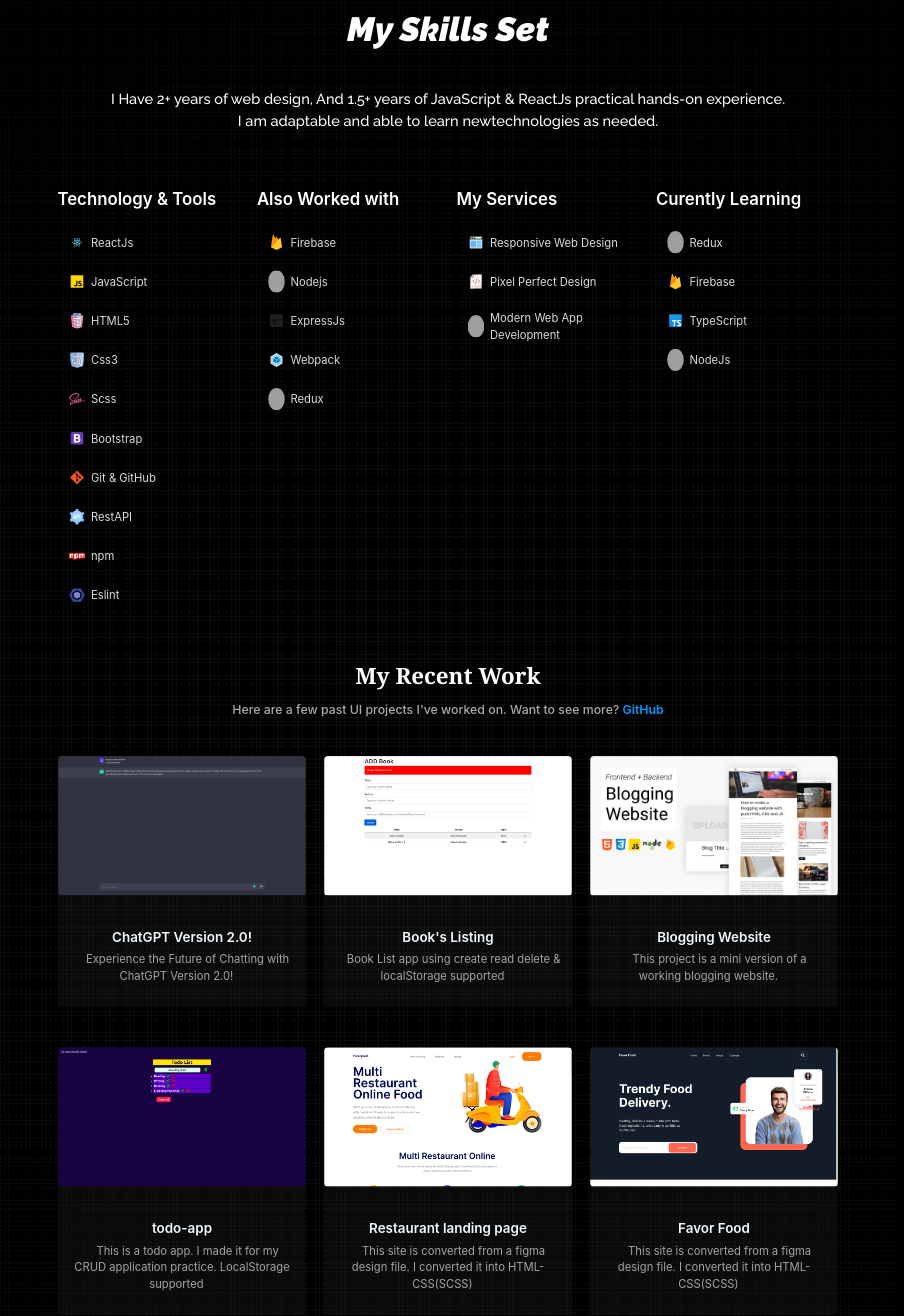
Repository: badhon252/my-portfolio
Page: /
These files come from the project's save history. The page is drawn as it stood at one moment and after the next save; the edit follows.
The browser window is 1280 px wide. The page is 1280 px wide, then 1292 px, then 1280 px, so the pictures cover 1292 px, including what lies to the right of the window. The pictures show the part of the page from y = 723 to 2603 px (the page is 3710 px tall), at 70% of full size.
Pictures or frames that could not be fetched are drawn as grey boxes. Some web fonts or font styles are not loaded; a fallback is used. The project was rebuilt for these pictures with package versions that can differ from the ones it lists, and the page was loaded fresh each time.

Above is the page before, as saved 2023-02-14 17:58:18.

After the next save:
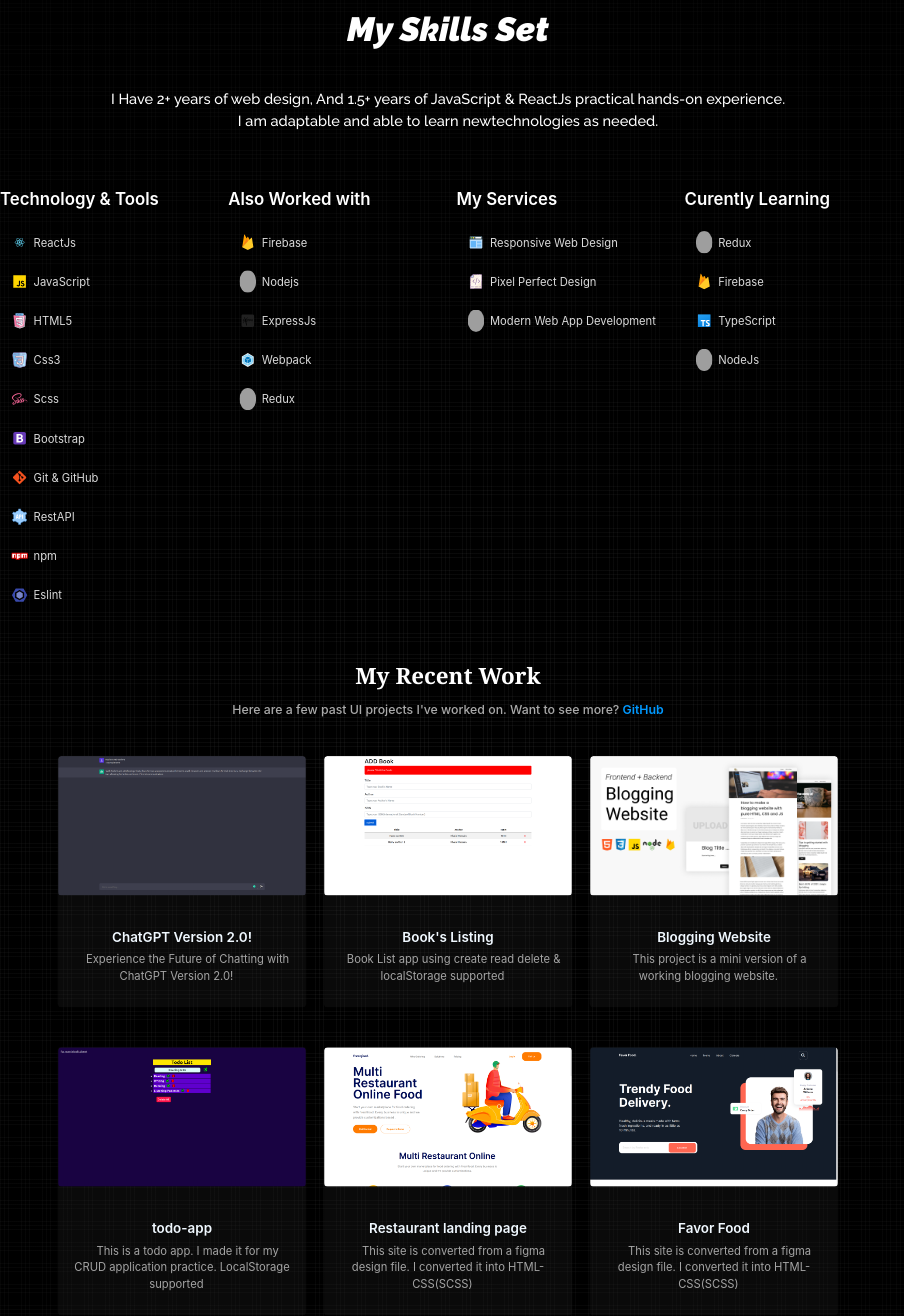
Saved 42 s later.
--- a/src/Components/Home/Skill/Skill.jsx
+++ b/src/Components/Home/Skill/Skill.jsx
@@ -2,7 +2,8 @@
 import SkillSet from "./SkillSet";
 const SkillEfficiency = () => {
     return (
-       <section id="skill" className="container">
+       <section id="skill" >
+        <div className="container"></div>
         <div className="d-flex justify-content-center">
                 <h1 className="skillSet__title"> My Skills Set </h1>
         </div>

After the save that followed:
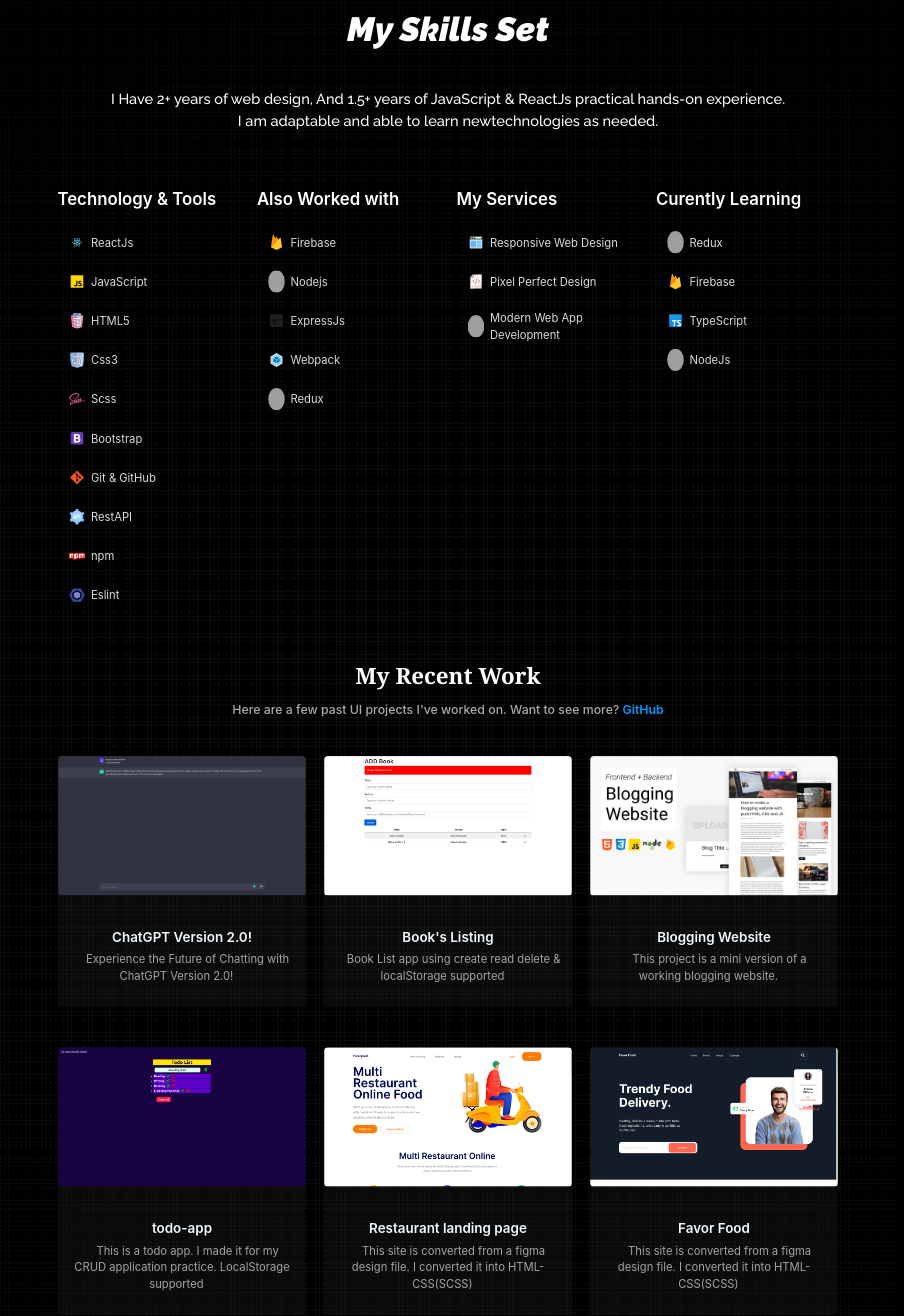
Saved 5 s later.
--- a/src/Components/Home/Skill/Skill.jsx
+++ b/src/Components/Home/Skill/Skill.jsx
@@ -3,7 +3,8 @@
 const SkillEfficiency = () => {
     return (
        <section id="skill" >
-        <div className="container"></div>
+        <div className="container">
+
         <div className="d-flex justify-content-center">
                 <h1 className="skillSet__title"> My Skills Set </h1>
         </div>
@@ -14,6 +15,7 @@
                     </div>
                 </div>
                   <SkillSet/>
+        </div>
        </section>
     );
 }
